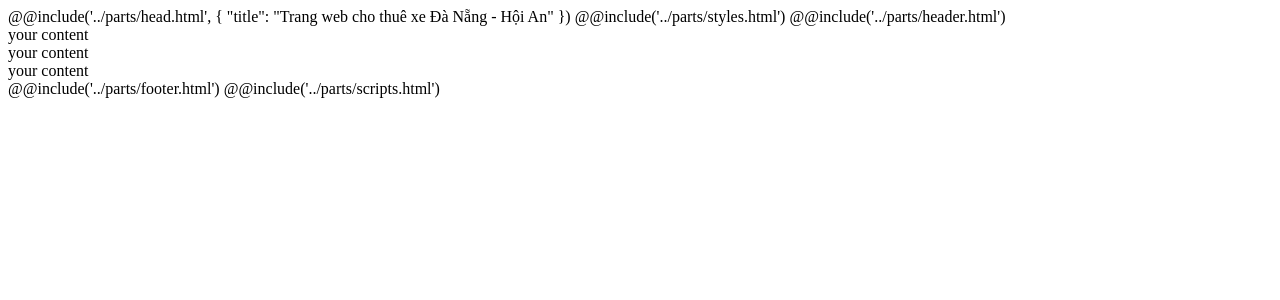
Repository: thanhthien0706/last_project--fe004
Page: lastProductF004/src/views/pages/index.html
The author's editor kept a copy of each file at every save. The page is drawn from the files as they stood at one save, then again after the next save.
The browser window is 1280 px wide. The pictures show the whole page.

Above is the page before, as saved 2021-09-16 19:16:51.

### lastProductF004/src/views/pages/index.html
<html lang="vi">

<head>
  <!-- include head.html -->
  @@include('../parts/head.html', {
  "title": "Trang web cho thuê xe Đà Nẵng - Hội An"
  })
  <!-- include styles.html -->
  @@include('../parts/styles.html')
</head>

<body class="wrapper">
  @@include('../parts/header.html')
  <section>

    <section class="section_01">
      <div class="container_new_edit">
        <div class="your-class">
          <div>your content</div>
          <div>your content</div>
          <div>your content</div>
        </div>
      </div>
    </section>

  </section>
  @@include('../parts/footer.html')

  <!-- include scripts.html -->
  @@include('../parts/scripts.html')
</body>

</html>

After the next save:
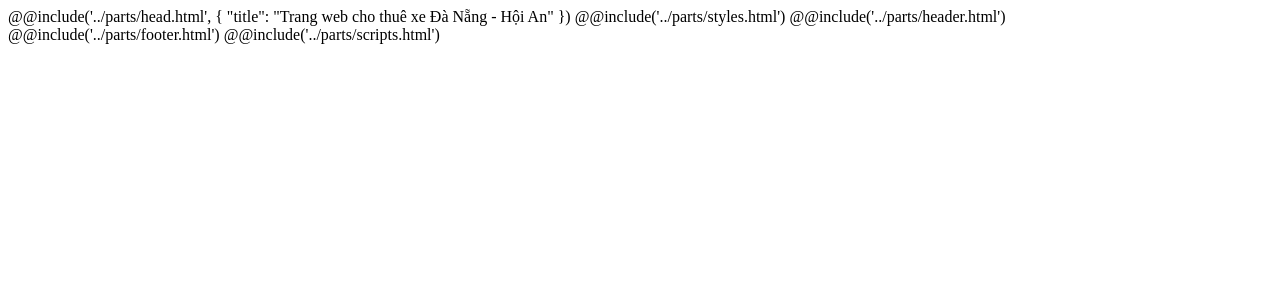
Saved 47 s later.
--- a/lastProductF004/src/views/pages/index.html
+++ b/lastProductF004/src/views/pages/index.html
@@ -15,10 +15,13 @@
 
     <section class="section_01">
       <div class="container_new_edit">
-        <div class="your-class">
-          <div>your content</div>
-          <div>your content</div>
-          <div>your content</div>
+        <div class="box_main_slide">
+
+          <!-- slide 1 -->
+          <div class="box_content_slide">
+
+          </div>
+
         </div>
       </div>
     </section>
